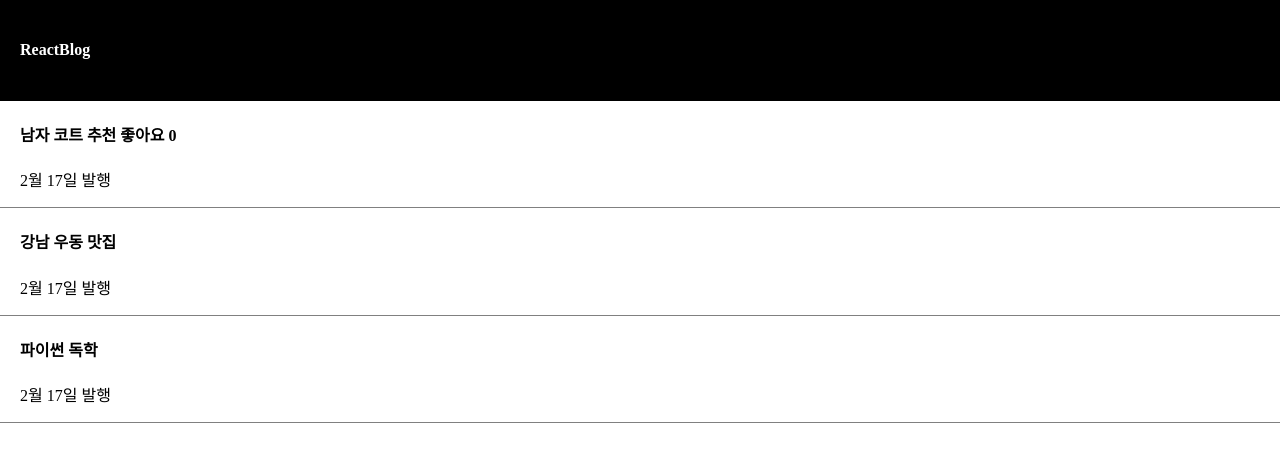
Repository: thinkseaweave/applecoding
Page: /
An editor plug-in stored every save of this project. The page is shown before and after the next save, followed by the edit.
The browser window is 1280 px wide. The pictures show the whole page.
The project was rebuilt for these pictures with package versions that can differ from the ones it lists, and the page was loaded fresh each time. Also part of the build but not shown: vite.config.js, src/index.css.

Above is the page before, as saved 2025-01-26 14:19:35.

After the next save:
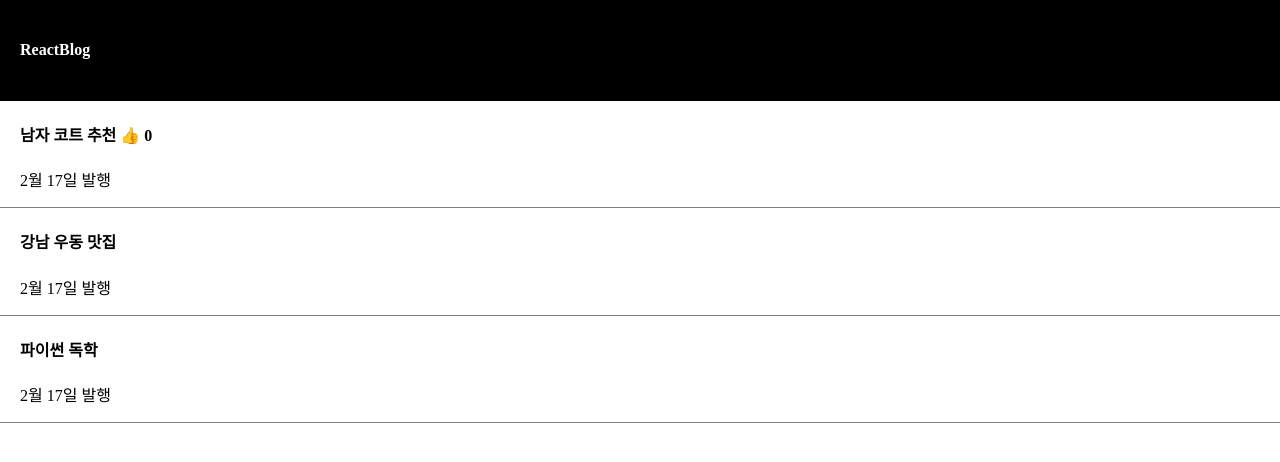
Saved 73 s later.
--- a/src/App.jsx
+++ b/src/App.jsx
@@ -18,7 +18,7 @@ function App() {
       </div>
       <div className="list">
         <h4>
-          {글제목[0]} <span>좋아요</span> 0
+          {글제목[0]} <span>👍</span> 0
         </h4>
         <p> 2월 17일 발행</p>
       </div>
